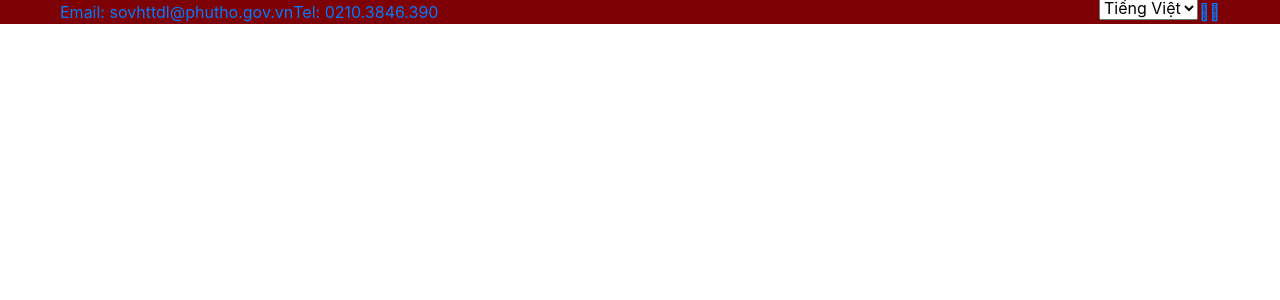
Repository: NgocNB20/Front_end_KLTN
Page: index.html
The author's editor kept a copy of each file at every save. The page is drawn from the files as they stood at one save, then again after the next save.
The browser window is 1280 px wide. The pictures show the whole page.
Some web fonts or font styles are not loaded; a fallback is used. Some web libraries are served in a nearby version.

Above is the page before, as saved 2021-11-28 10:37:01.

### index.html
<!DOCTYPE html>
<html lang="en">

<head>
    <meta charset="UTF-8">
    <meta http-equiv="X-UA-Compatible" content="IE=edge">
    <meta name="viewport" content="width=device-width, initial-scale=1.0">
    <!-- Bootstrap CSS -->
    <link rel="stylesheet" href="https://maxcdn.bootstrapcdn.com/bootstrap/4.0.0/css/bootstrap.min.css"
        integrity="sha384-Gn5384xqQ1aoWXA+058RXPxPg6fy4IWvTNh0E263XmFcJlSAwiGgFAW/dAiS6JXm" crossorigin="anonymous">
    <link
        href="https://fonts.googleapis.com/css?family=Barlow+Condensed:200,300,400,400i,500,600,700,800,900%7CSatisfy&amp;display=swap"
        rel="stylesheet">
    <link rel="stylesheet" href="https://pro.fontawesome.com/releases/v5.10.0/css/all.css"
        integrity="sha384-AYmEC3Yw5cVb3ZcuHtOA93w35dYTsvhLPVnYs9eStHfGJvOvKxVfELGroGkvsg+p" crossorigin="anonymous" />

    <link rel="stylesheet" href="./style.css">
    <title>Travel</title>
</head>

<body>
    <div class="page-wrapper">
        <div class="site-header__header-one-wrap">
            <div class="topbar-one">
                <div class="container-fluid">
                    <div class="topbar-one__left">
                        <a href="mailto:Email: sovhttdl@phutho.gov.vn">Email: sovhttdl@phutho.gov.vn</a>
                        <a href="tel:Tel: 0210.3846.390">Tel: 0210.3846.390</a>
                    </div>
                    <div class="topbar-one__right"></div>
                    <div class="main-nav__right">
                        <div class="dropdown bootstrap-select">
                            <select name="languages" id="languages"
                                class="selectpicker" onchange="javascript:location.href = this.value;" tabindex="-98">
                                <option value="/vi" selected="">Tiếng Việt</option>
                                <option value="/en">English</option>
                            </select>
                                <!-- <button type="button" class="btn dropdown-toggle btn-light" data-toggle="dropdown"
                                    role="button" data-id="languages" title="Tiếng Việt">
                                    <div class="filter-option">
                                        <div class="filter-option-inner">
                                            <div class="filter-option-inner-inner">Tiếng Việt</div>
                                        </div>
                                    </div>
                                </button> -->
                            <div class="dropdown-menu " role="combobox">
                                <div class="inner show" role="listbox" aria-expanded="false" tabindex="-1">
                                    <ul class="dropdown-menu inner show"></ul>
                                </div>
                            </div>
                        </div>
                        <a href="#" class="main-nav__search search-popup__toggler"><i class="fal fa-search"></i></a>
                        <a href="#" class="main-nav__login login-popup__toggler"><i class="fal fa-user"></i></a>
                    </div>
                </div>
            </div>
            <div class="container-fluid">

            </div>
        </div>
    </div>

</body>

</html>

### style.css
:root {
    --thm-font: 'Barlow Condensed', sans-serif;
    --heading-font: 'Charmonman', cursive;
    --thm-base: #ffa801;
    --thm-base-rgb: 255, 168, 1;
    --thm-primary: #40b9eb;
    --thm-primary-rgb: 64, 185, 235;
    --thm-secondary: #ff0143;
    --thm-secondary-rgb: 255, 1, 67;
    --thm-black: #082740;
    --thm-black-rgb: 8, 39, 64;
    --thm-gray: #eceeef;
    --blue: #007bff;
    --indigo: #6610f2;
    --purple: #6f42c1;
    --pink: #e83e8c;
    --red: #dc3545;
    --orange: #fd7e14;
    --yellow: #ffc107;
    --green: #28a745;
    --teal: #20c997;
    --cyan: #17a2b8;
    --white: #fff;
    --gray: #6c757d;
    --gray-dark: #343a40;
    --primary: #007bff;
    --secondary: #6c757d;
    --success: #28a745;
    --info: #17a2b8;
    --warning: #ffc107;
    --danger: #dc3545;
    --light: #f8f9fa;
    --dark: #343a40;
    --breakpoint-xs: 0;
    --breakpoint-sm: 576px;
    --breakpoint-md: 768px;
    --breakpoint-lg: 992px;
    --breakpoint-xl: 1200px;
    --font-family-sans-serif: -apple-system,BlinkMacSystemFont,"Segoe UI",Roboto,"Helvetica Neue",Arial,"Noto Sans",sans-serif,"Apple Color Emoji","Segoe UI Emoji","Segoe UI Symbol","Noto Color Emoji";
    --font-family-monospace: SFMono-Regular,Menlo,Monaco,Consolas,"Liberation Mono","Courier New",monospace;
}
.topbar-one {
    background-color: #7d0004;
}
.topbar-one .container-fluid {
    padding-left: 0;
    padding-right: 0;
    display: -webkit-box;
    display: flex;
    -webkit-box-align: center;
    align-items: center;
    -webkit-box-pack: justify;
    justify-content: space-between;
}
.topbar-one__left {
    display: -webkit-box;
    display: flex;
    -webkit-box-align: center;
    align-items: center;
    padding-left: 60px;
}
.topbar-one__right {
    display: -webkit-box;
    display: flex;
    -webkit-box-align: center;
    align-items: center;
}
.main-nav__right {
    margin-left: auto;
    display: -webkit-box;
    display: flex;
    -webkit-box-align: center;
    align-items: center;
    padding-right: 60px;
}
.main-nav__right .bootstrap-select:not([class*="col-"]):not([class*="form-control"]):not(.input-group-btn) {
    width: 100px;
    position: relative;
    top: -4px;
}

margin-left

After the next save:
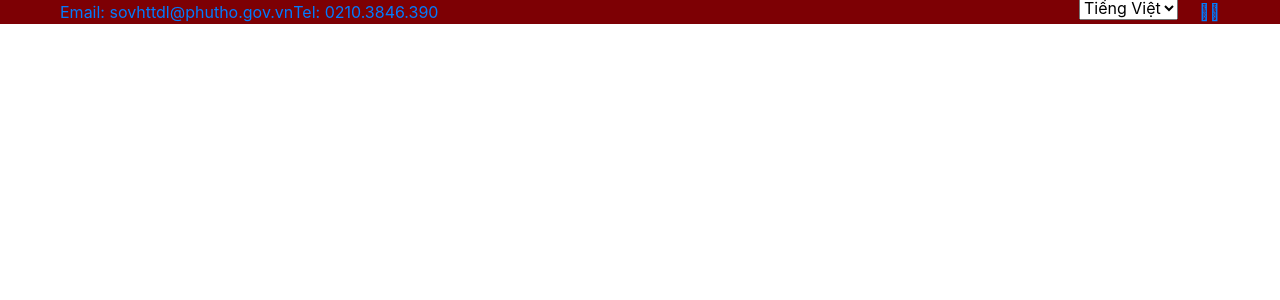
Saved 21 s later.
--- a/style.css
+++ b/style.css
@@ -79,4 +79,6 @@
     top: -4px;
 }
 
-margin-left
+.main-nav__search {
+    margin-left: 20px;
+}
